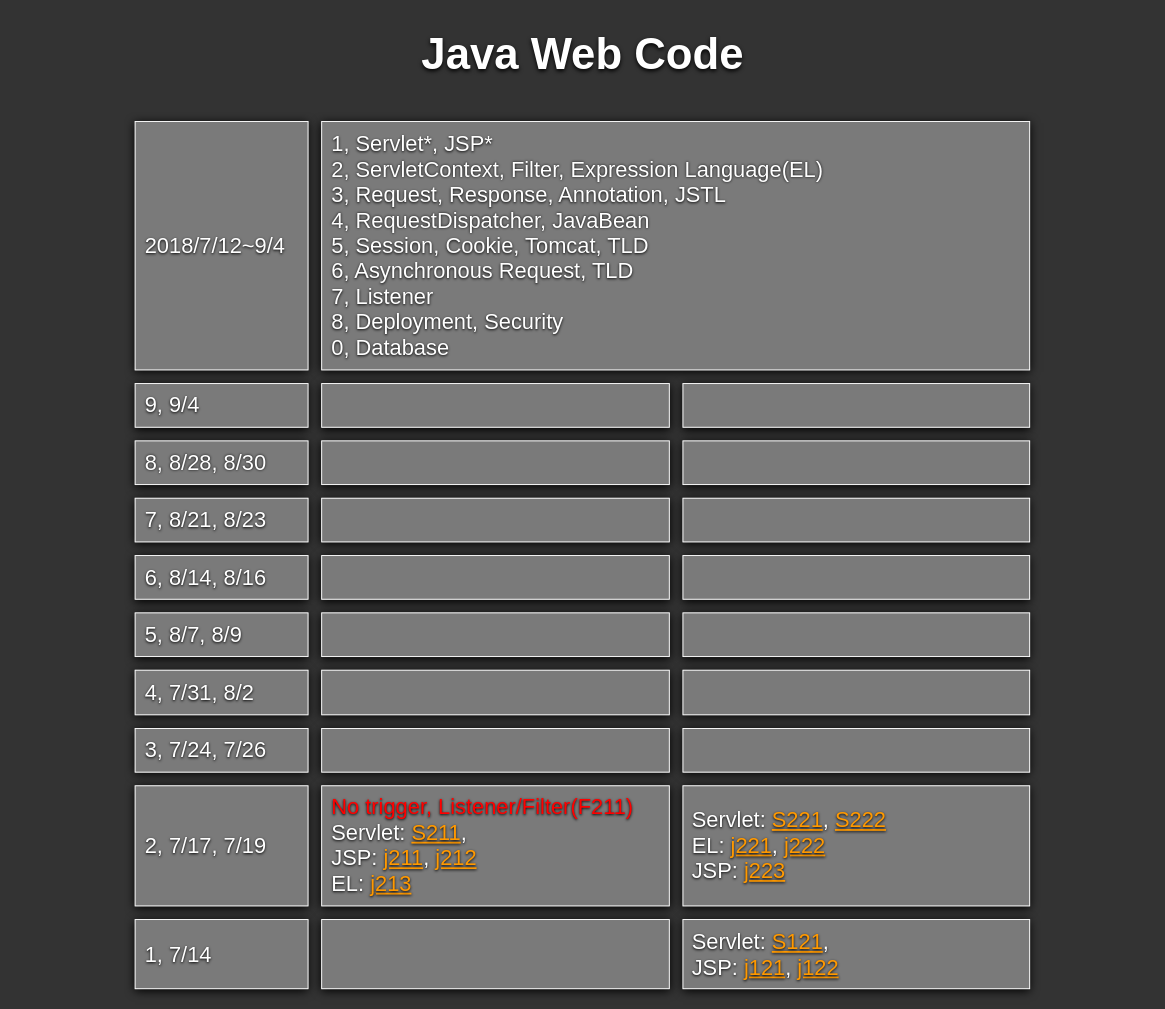
Repository: anxhuang/Java_Web
Page: http://localhost/code/
The author's editor kept a copy of each file at every save. The page is drawn from the files as they stood at one save, then again after the next save.
The browser window is 1280 px wide. The pictures show the whole page, at 91% of full size.
The page is served by Tomcat 9.

Above is the page before, as saved 2018-07-19 11:45:01.

After the next save:
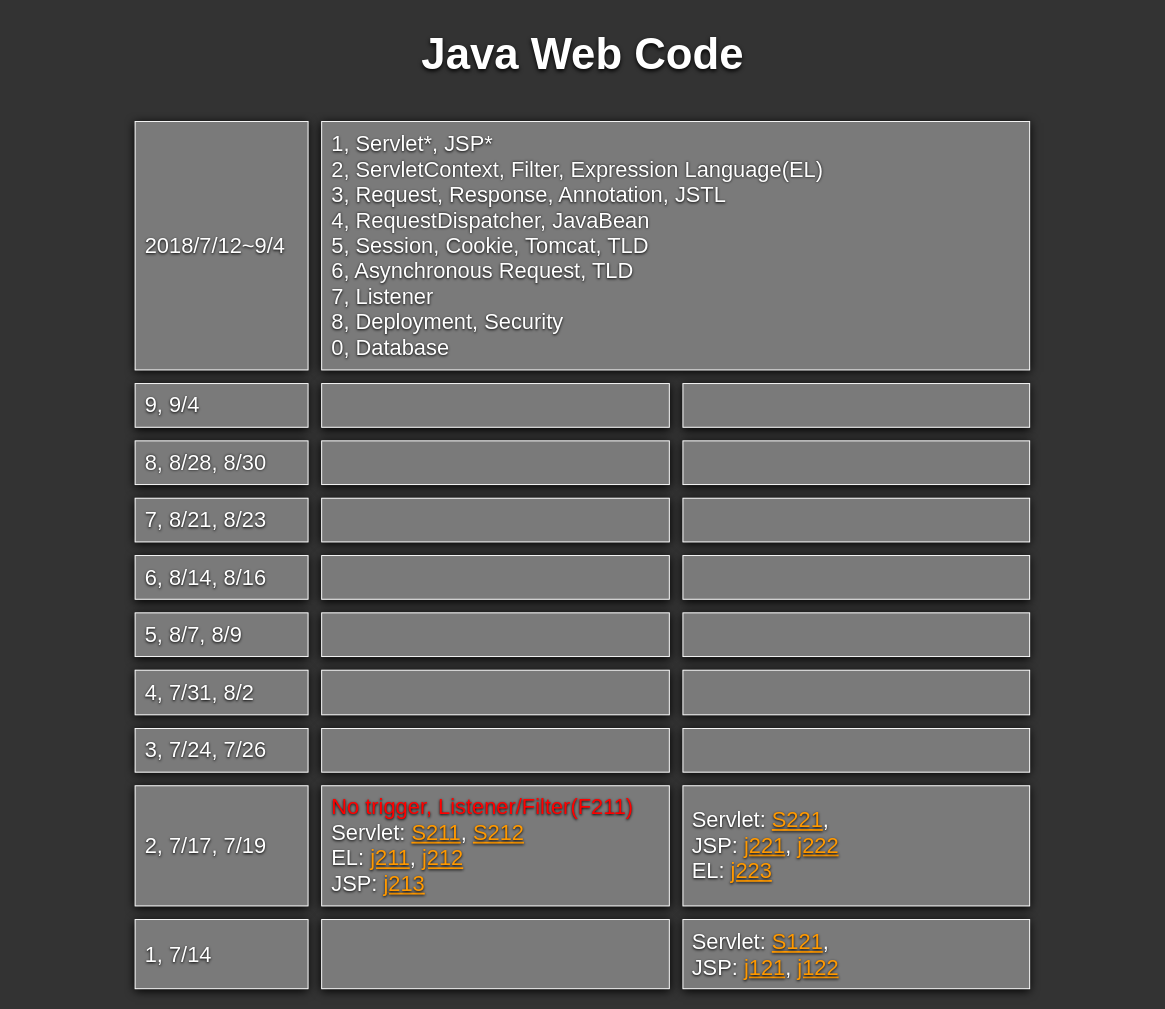
Saved 114 s later.
--- a/code/WebContent/index.html
+++ b/code/WebContent/index.html
@@ -104,25 +104,25 @@
 					<br>
 					Servlet:
 					<a href="S211">S211</a>,
-					<!-- <a href="S212">S212</a> -->
+					<a href="S212">S212</a>
 					<br>
-					JSP:
+					EL:
 					<a href="j211.jsp">j211</a>,
 					<a href="j212.jsp">j212</a>
 					<br>
-					EL:
+					JSP:
 					<a href="j213.jsp">j213</a>
 				</td>
 				<td>
 					Servlet:
 					<a href="S221">S221</a>,
-					<a href="S222">S222</a>
+					<!-- <a href="S222">S222</a> -->
 					<br>
-					EL:
+					JSP:
 					<a href="j221.jsp">j221</a>,
 					<a href="j222.jsp">j222</a>
 					<br>
-					JSP:
+					EL:
 					<a href="j223.jsp">j223</a>
 				</td>
 			</tr>
